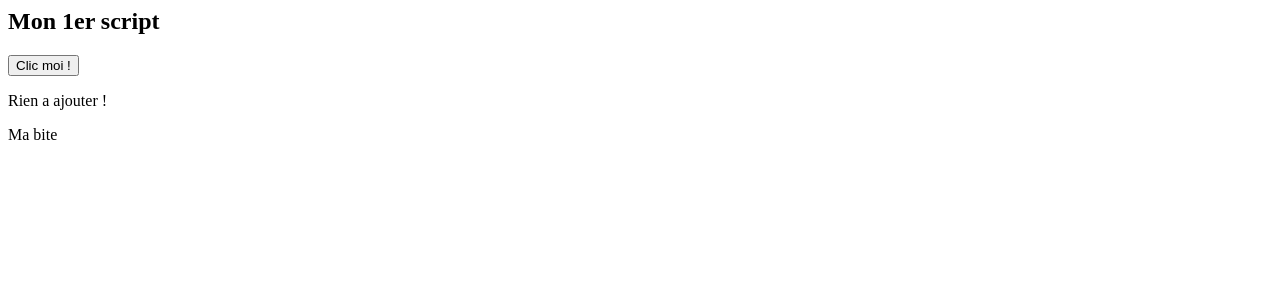
Repository: evalwebmeteofullstack/Gestion_meteo
Page: Notes/Exercices/static/test/Mon-1er-code.html
The author's editor kept a copy of each file at every save. The page is drawn from the files as they stood at one save, then again after the next save.
The browser window is 1280 px wide. The pictures show the whole page.

Above is the page before, as saved 2019-01-30 13:37:27.

After the next save:
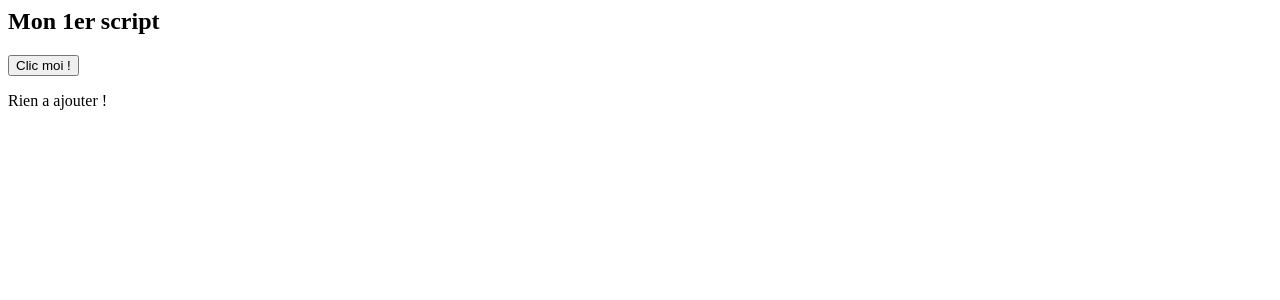
Console error (its wording comes from the project's code and is left out).
Saved 22 s later.
--- a/Notes/Exercices/static/test/test.js
+++ b/Notes/Exercices/static/test/test.js
@@ -1,2 +1,2 @@
 alert("C'est mon 1er script");
-document.write("Ma bite");
+#montitre.document.write("Ma bite");

After the 3 saves that followed:
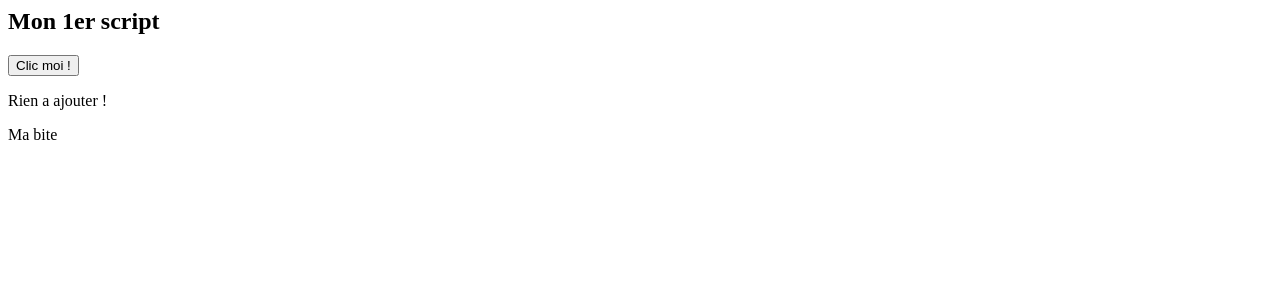
Console error: TypeError: montitre is not a function
The 3 saves are shown as one change because 2 left the picture as it was.
The last was saved 42 s later.
--- a/Notes/Exercices/static/test/test.js
+++ b/Notes/Exercices/static/test/test.js
@@ -1,2 +1,2 @@
 alert("C'est mon 1er script");
-#montitre.document.write("Ma bite");
+montitre(document.write("Ma bite"));
